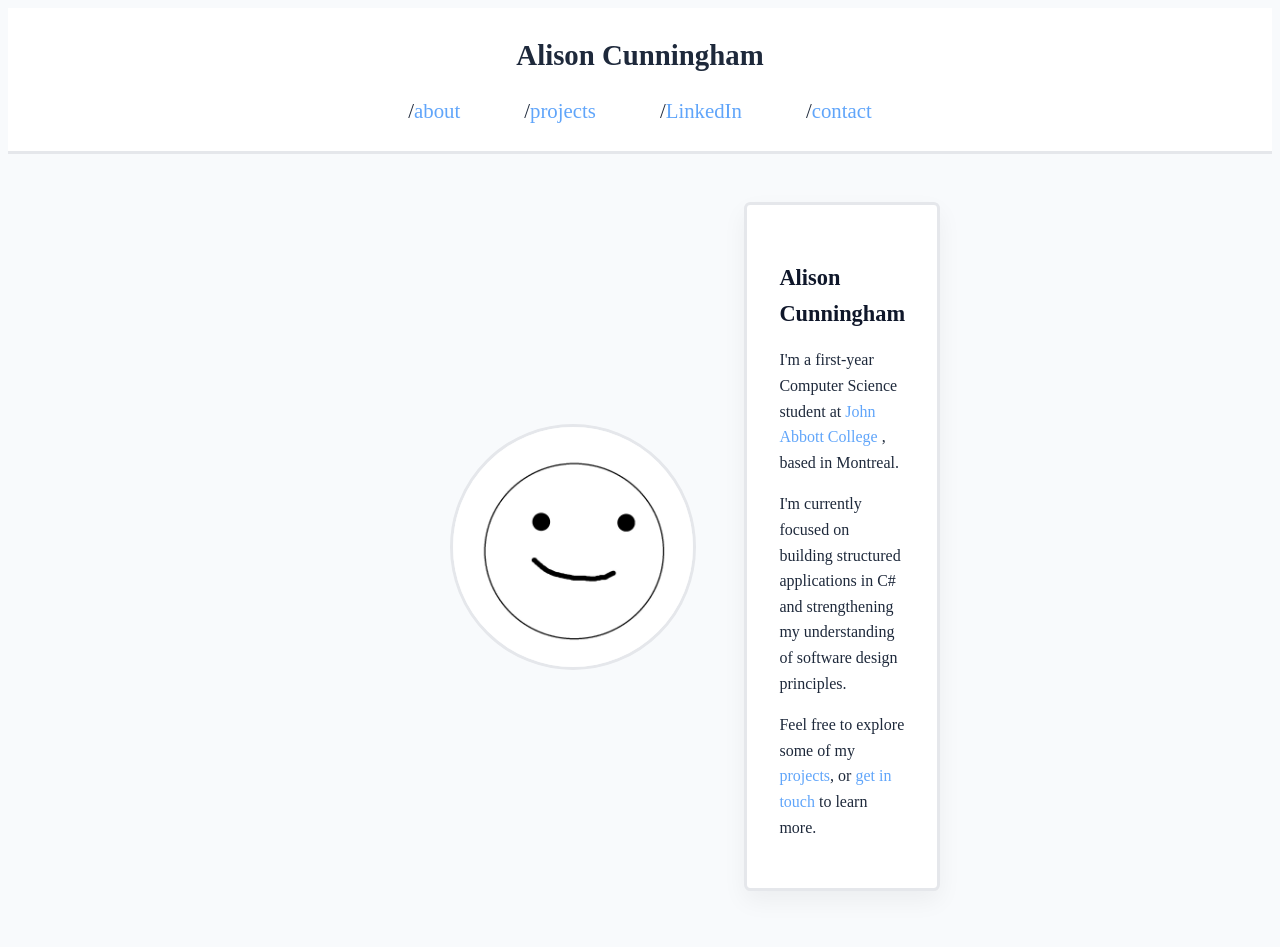
Repository: alison-cunningham/alison-cunningham
Page: index.html
An editor plug-in stored every save of this project. The page is shown before and after the next save, followed by the edit.
The browser window is 1280 px wide. The pictures show the whole page.
Some web fonts or font styles are not loaded; a fallback is used.

Above is the page before, as saved 2026-04-22 14:15:11.

After the next save:
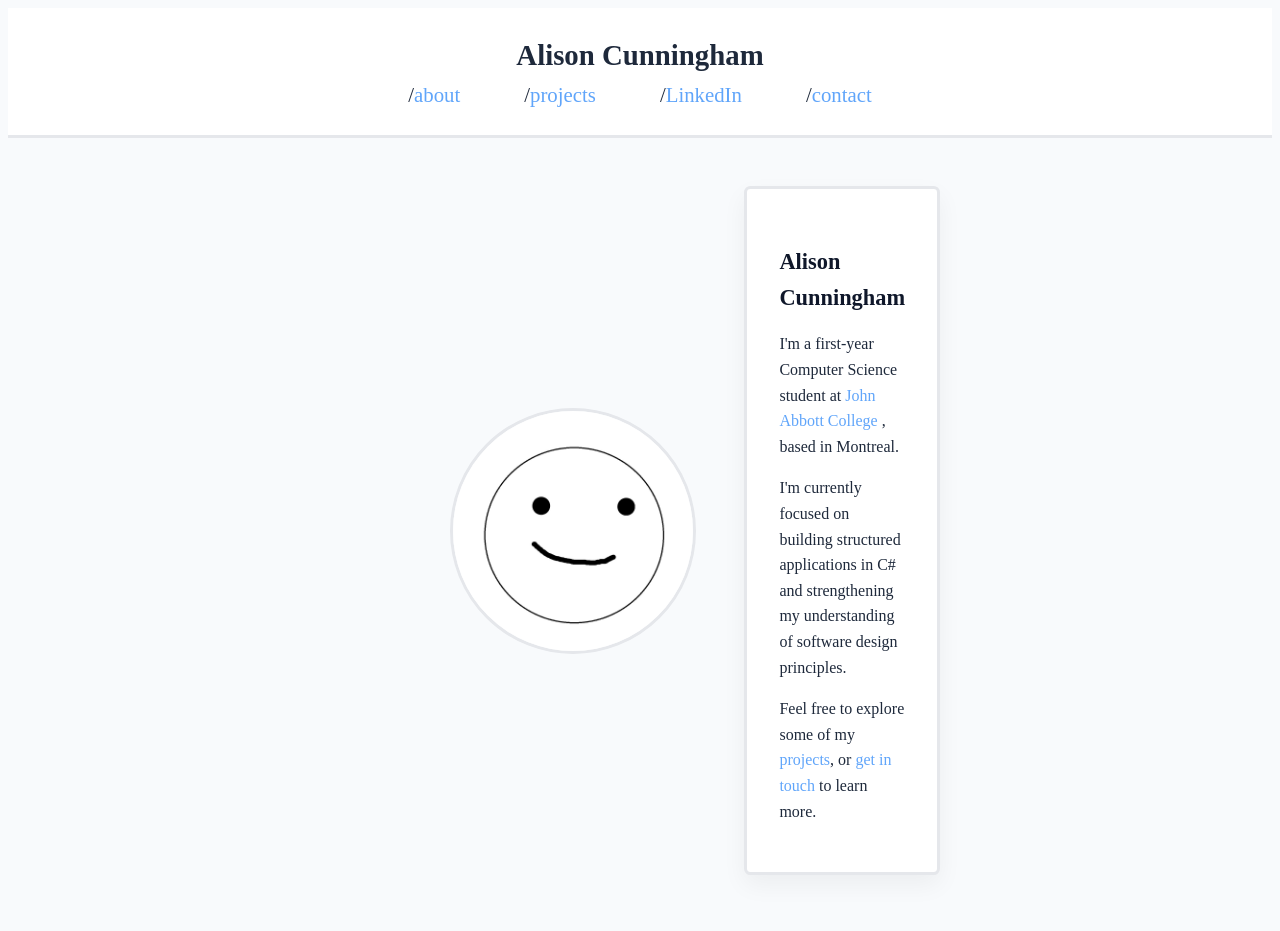
Saved 38 s later.
--- a/styles/index.css
+++ b/styles/index.css
@@ -23,9 +23,6 @@ header h1{
     gap: 4rem;
 
     font-size: 1.3rem;
-
-    padding-top: 1rem;
-
 }
 
 .hover-text{
